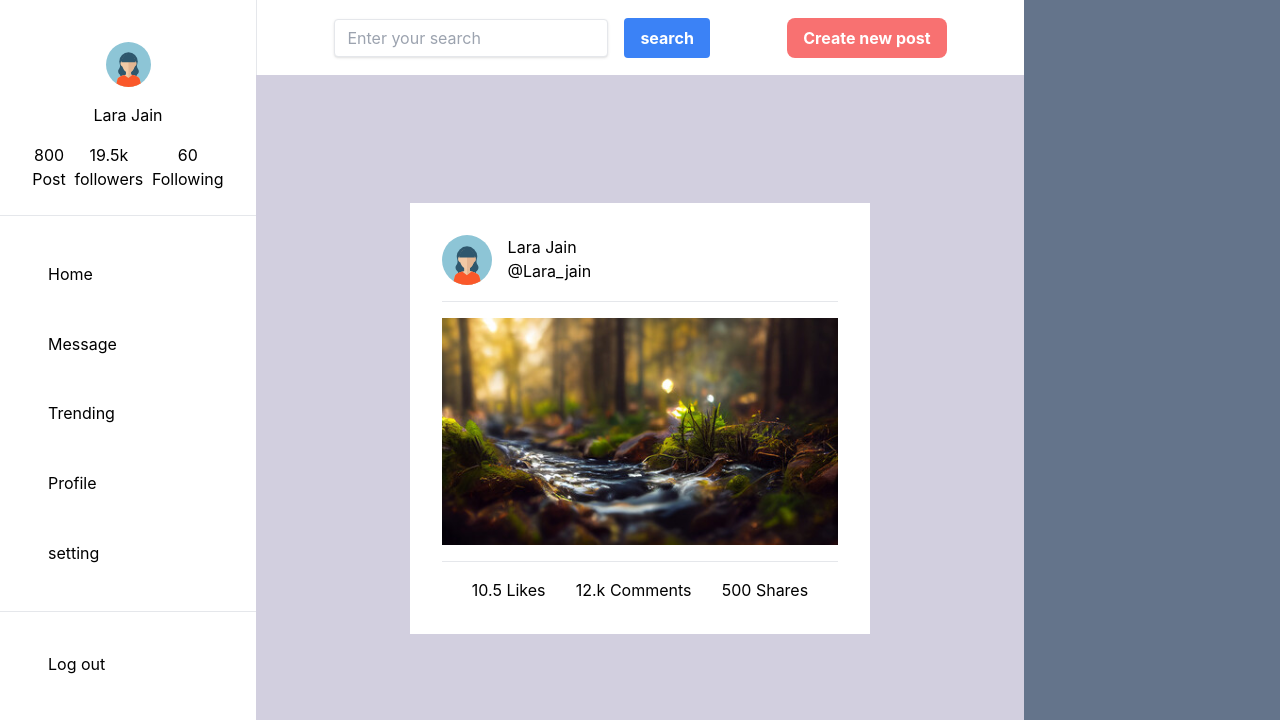
Repository: cosmicswati/upgrad-captions-project
Page: /
The author's editor kept a copy of each file at every save. The page is drawn from the files as they stood at one save, then again after the next save.
The browser window is 1280 px wide. The pictures show the whole page.
The project was rebuilt for these pictures with package versions that can differ from the ones it lists, and the page was loaded fresh each time. Also part of the build but not shown: src/modules/Authorization/Form.jsx, src/modules/Authorization/index.js.

Above is the page before, as saved 2024-04-09 15:52:39.

After the next save:
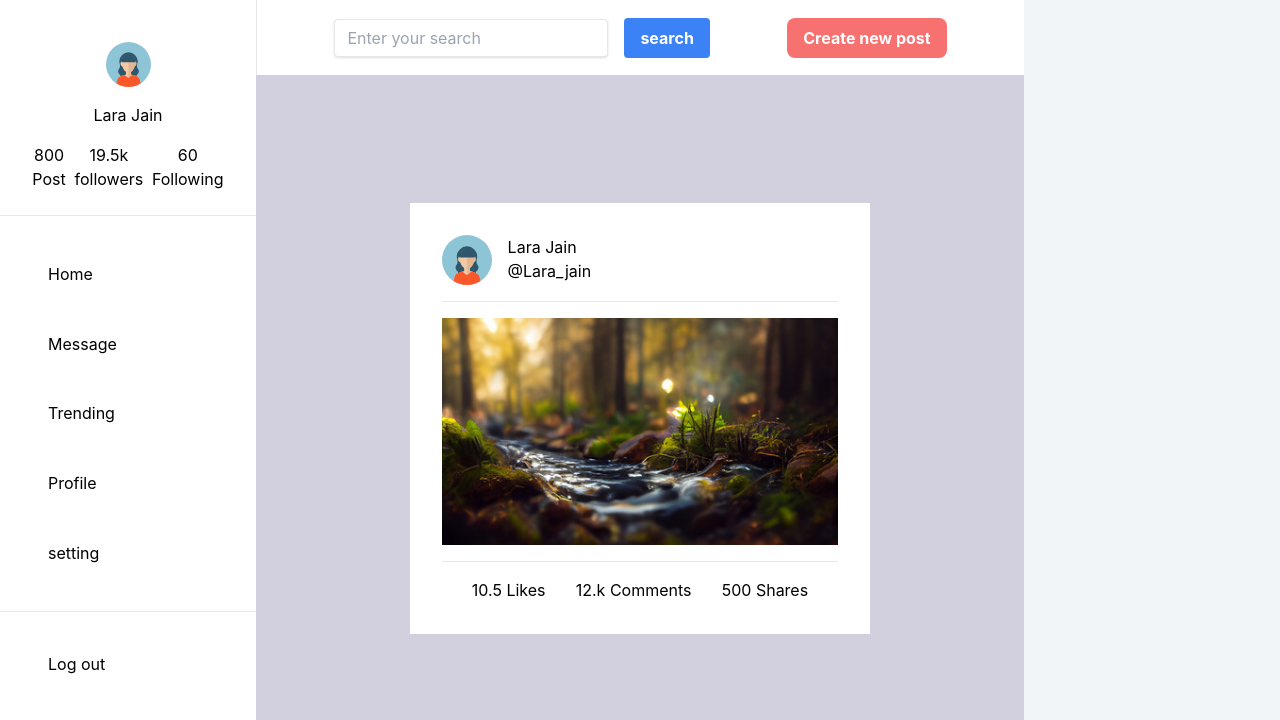
Saved 2 min 4 s later.
--- a/src/modules/Home/index.js
+++ b/src/modules/Home/index.js
@@ -65,7 +65,7 @@ const Home = () => {
                 </div>
             </div>
         </div>
-        <div className='w-[20%] bg-slate-500'></div>
+        <div className='w-[20%] bg-[#F2F5F8]'></div>
     </div>
   )
 }
